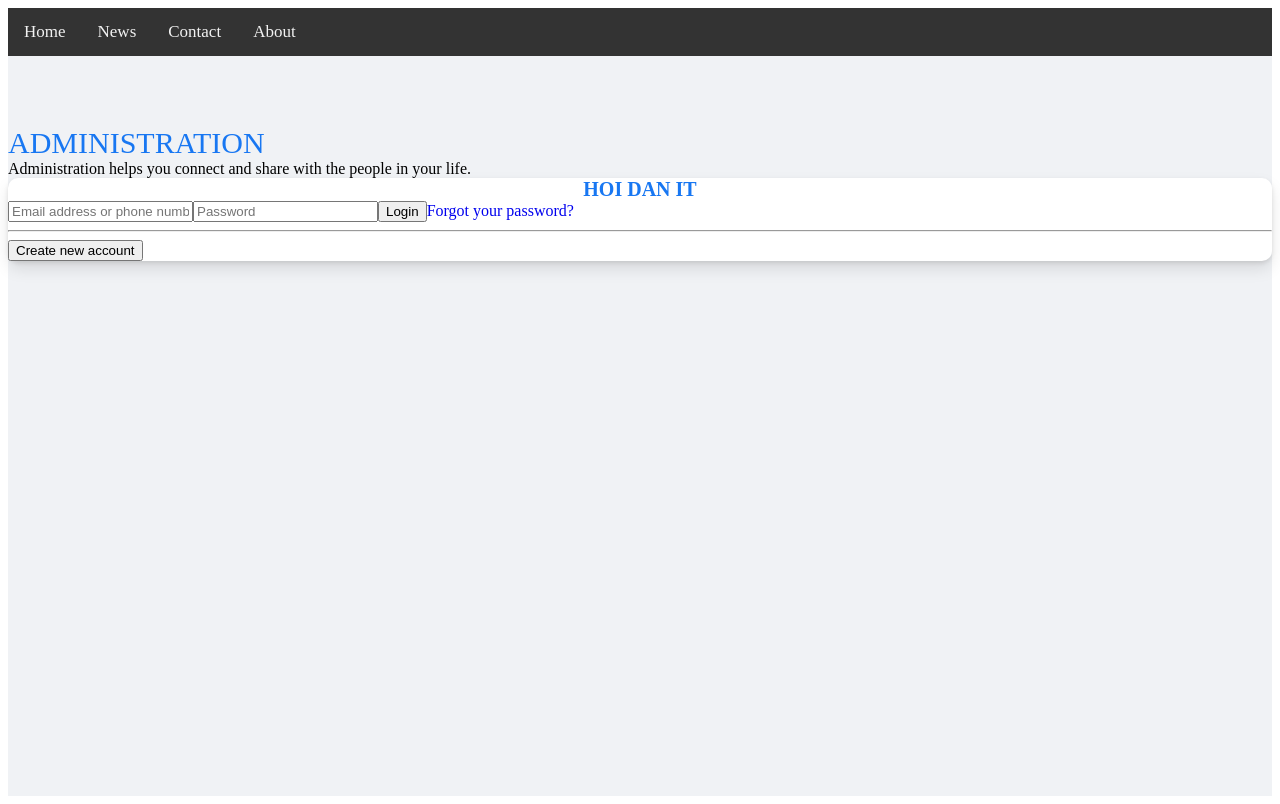
Repository: minhtien9/jwt_Reactjs_Frontend
Page: /login
The author's editor kept a copy of each file at every save. The page is drawn from the files as they stood at one save, then again after the next save.
The browser window is 1280 px wide. The pictures show the whole page.
The project was rebuilt for these pictures with package versions that can differ from the ones it lists, and the page was loaded fresh each time. Also part of the build but not shown: src/App.scss, src/components/ManageUsers/Users.js, src/components/Register/Register.scss, src/components/Register/Register.js.

Above is the page before, as saved 2022-05-28 23:08:20.

After the next save:
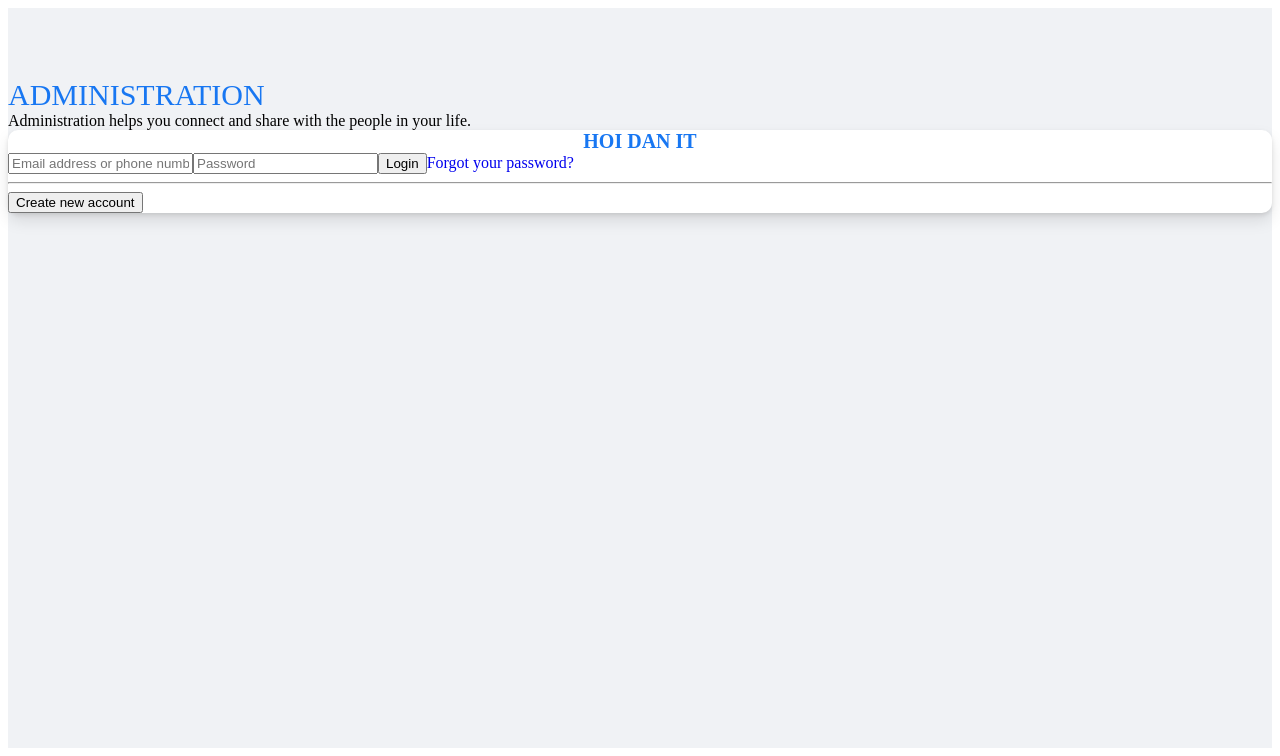
Saved 15 s later.
--- a/src/components/Navigation/Nav.js
+++ b/src/components/Navigation/Nav.js
@@ -13,14 +13,16 @@ const Nav = (props) => {
     }, [])
     return (
         <>
-            <div className='topnav'>
-                <NavLink activeClassName='active' to='/home'>
-                    Home
-                </NavLink>
-                <NavLink to='/news'>News</NavLink>
-                <NavLink to='/contact'>Contact</NavLink>
-                <NavLink to='/about'>About</NavLink>
-            </div>
+            {isShow === true && (
+                <div className='topnav'>
+                    <NavLink activeClassName='active' to='/home'>
+                        Home
+                    </NavLink>
+                    <NavLink to='/news'>News</NavLink>
+                    <NavLink to='/contact'>Contact</NavLink>
+                    <NavLink to='/about'>About</NavLink>
+                </div>
+            )}
         </>
     )
 }
